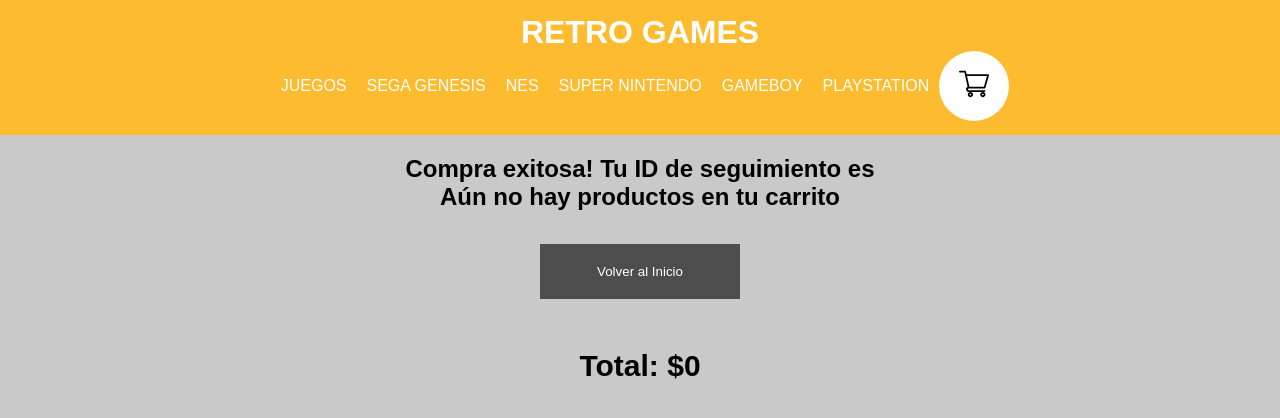
Repository: r-vudama/proyectoEC
Page: /cart
The author's editor kept a copy of each file at every save. The page is drawn from the files as they stood at one save, then again after the next save.
The browser window is 1280 px wide. The pictures show the whole page.
The page's requests for data from a server got no answer. Some web fonts or font styles are not loaded; a fallback is used. The project was rebuilt for these pictures with package versions that can differ from the ones it lists, and the page was loaded fresh each time. No one was signed in, and anything a server would have sent is missing. Also part of the build but not shown: src/components/Item.js, src/components/ItemList.js, src/components/ItemListContainer.js, src/components/ItemCount.js, src/components/ItemDetail.js, src/components/ItemDetailContainer.js, src/components/filter/Sega.js, src/components/filter/Gameboy.js and 3 more.

Above is the page before, as saved 2021-01-23 18:10:10.

After the next save:
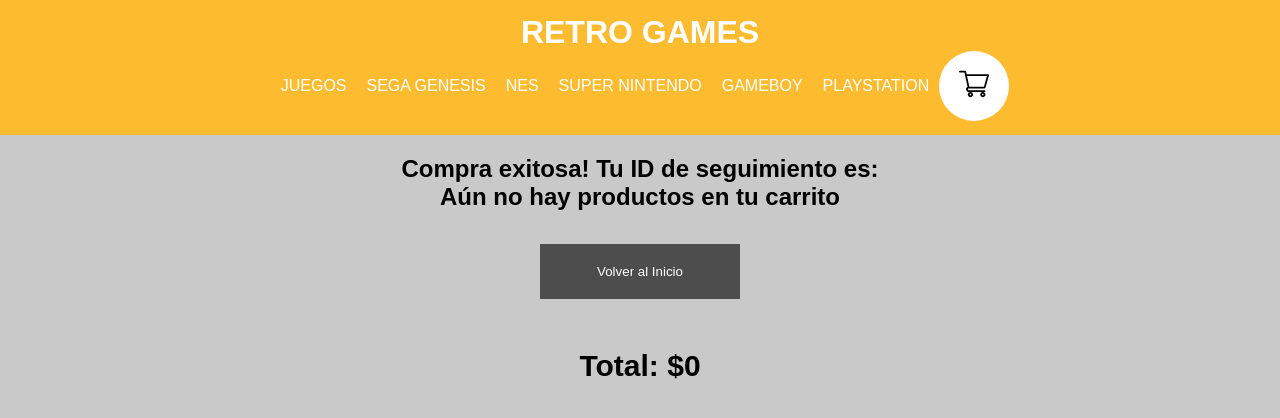
Saved 6 s later.
--- a/src/components/Cart.js
+++ b/src/components/Cart.js
@@ -15,7 +15,7 @@
 
             {carrito.length === 0 ?
                         <>
-                            <h2>Compra exitosa! Tu ID de seguimiento es {compra}</h2>
+                            <h2>Compra exitosa! Tu ID de seguimiento es: {compra}</h2>
                             <h2>Aún no hay productos en tu carrito</h2>
                             <br/>
                             <Link to={{pathname: `/`}}>
